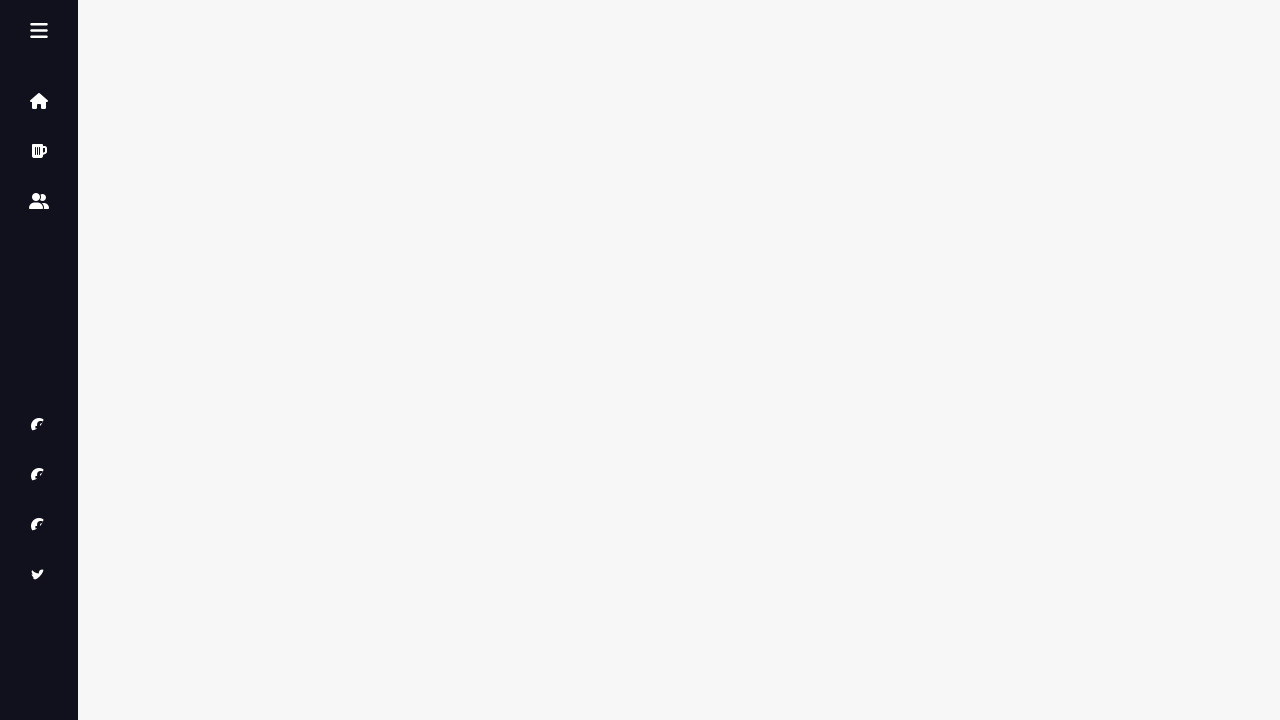
Repository: Nic98/MilkTeaWebsite
Page: mywebsite.html
The author's editor kept a copy of each file at every save. The page is drawn from the files as they stood at one save, then again after the next save.
The browser window is 1280 px wide. The pictures show the whole page.
Some web libraries are served in a nearby version.

Above is the page before, as saved 2024-05-28 23:13:55.

After the next save:
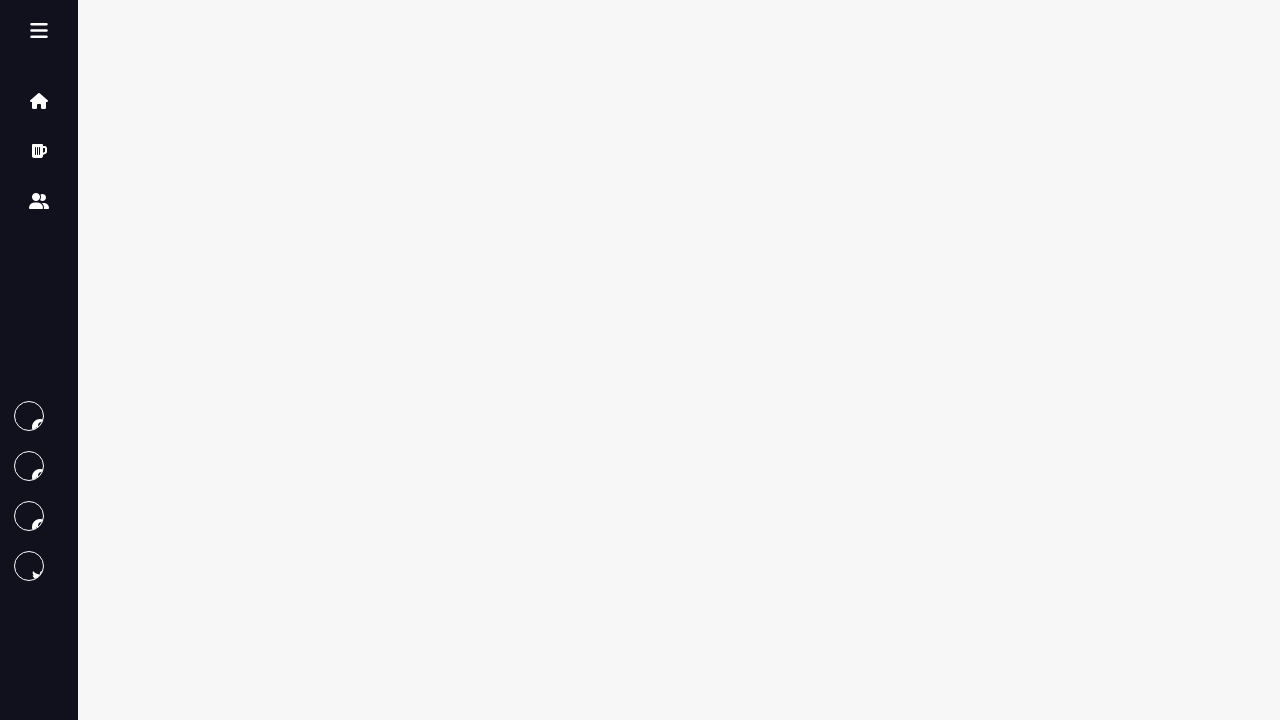
Saved 5 s later.
--- a/mywebsite.css
+++ b/mywebsite.css
@@ -296,7 +296,7 @@ body {
   line-height: 50px;
   transition: all 0.4s ease;
   z-index: 1;
-  border: 1px solid #fff
+  border: 1px solid #fff;
   top:10px;
 }
 
